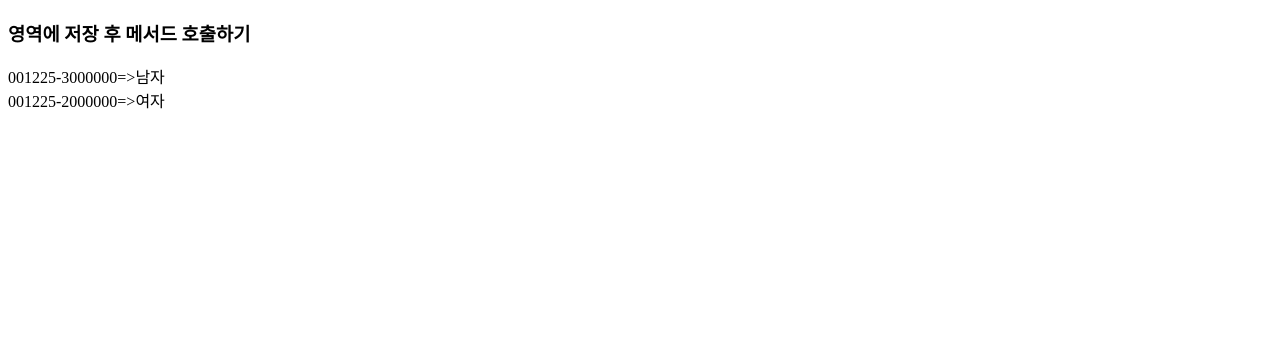
Repository: Charles0304/JSP
Page: http://localhost/MustHaveJSP/10EL/ELCallMethod.jsp
The author's editor kept a copy of each file at every save. The page is drawn from the files as they stood at one save, then again after the next save.
The browser window is 1280 px wide. The pictures show the whole page.
The page is served by Tomcat 10. Nobody is signed in. The application's start-up code is not run. Other server files are loaded and not shown.

Above is the page before, as saved 2024-04-25 01:57:49.

### MustHaveJSP/src/main/webapp/10EL/ELCallMethod.jsp
<%@ page import = "el.MyELClass" %>
<%@ page language="java" contentType="text/html; charset=UTF-8"
    pageEncoding="UTF-8"%>
<%
MyELClass myClass = new MyELClass();
pageContext.setAttribute("myClass",myClass);
%>
<!DOCTYPE html>
<html>
<head>
<meta charset="UTF-8">
<title>표현 언어(EL)-메서드 호출</title>
</head>
<body>
	<h3>영역에 저장 후 메서드 호출하기</h3>
	001225-3000000=>${myClass.getGender("001225-3000000") } <br/>
	001225-2000000=>${myClass.getGender("001225-2000000") }
</body>
</html>

### MustHaveJSP/src/main/java/el/MyELClass.java
package el;

public class MyELClass {
	public String getGender(String jumin) {
		String returnStr = "";
		int beginIdx = jumin.indexOf("-")+1;
		String genderStr = jumin.substring(beginIdx,beginIdx+1);
		int genderInt = Integer.parseInt(genderStr);
		if(genderInt==1||genderInt==3)
			returnStr = "남자";
		else if (genderInt==2||genderInt==4)
			returnStr = "여자";
		else
			returnStr = "주민번호 오류입니다";
		return returnStr;
	}
	public static boolean isNumber(String value) {
		char[] chArr = value.toCharArray();
		for( int i = 0;i<chArr.length;i++) {
			if(!(chArr[i]>='0'&&chArr[i]<='9')) {
				return false;
			}
		}
		return true;
	}

	public static String showGugudan(int limitDan) {
		StringBuffer sb = new StringBuffer();
		try {
			sb.append("<table border = '1'>");
			for(int i = 2; i<=limitDan;i++) {
				sb.append("<tr>");
				for(int j=1;j<=9;j++) {
					sb.append("<td>"+i+"*"+j+"="+(i*j)+"</td>");
				}
				sb.append("</tr>");
			}
			sb.append("</table>");
		}catch(Exception e) {
			e.printStackTrace();
		}
		return sb.toString();
	}
}

After the next save:
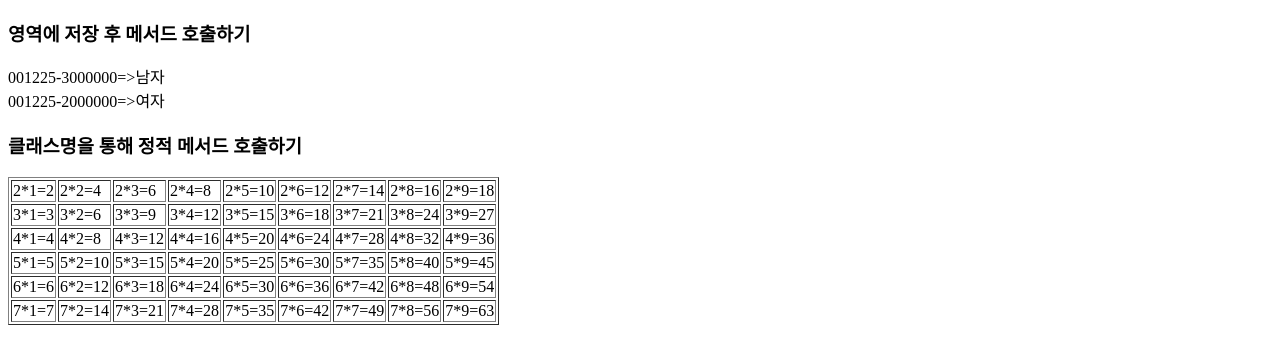
Saved 58 s later.
--- a/MustHaveJSP/src/main/webapp/10EL/ELCallMethod.jsp
+++ b/MustHaveJSP/src/main/webapp/10EL/ELCallMethod.jsp
@@ -15,5 +15,8 @@ pageContext.setAttribute("myClass",myClass);
 	<h3>영역에 저장 후 메서드 호출하기</h3>
 	001225-3000000=>${myClass.getGender("001225-3000000") } <br/>
 	001225-2000000=>${myClass.getGender("001225-2000000") }
+
+	<h3> 클래스명을 통해 정적 메서드 호출하기</h3>
+	${MyELClass.showGugudan(7) }
 </body>
 </html>
